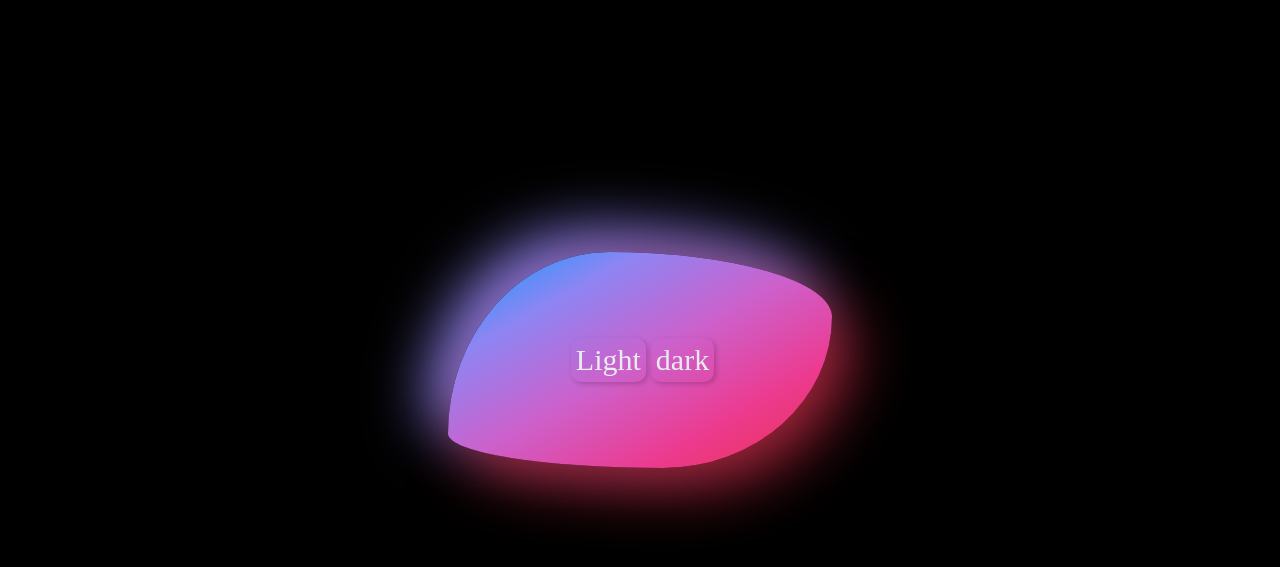
Repository: Yuukicoder/basicProject
Page: project1.html
The author's editor kept a copy of each file at every save. The page is drawn from the files as they stood at one save, then again after the next save.
The browser window is 1280 px wide. The pictures show the whole page.
After loading, the first visible `#dark` was clicked once.
Some web fonts or font styles are not loaded; a fallback is used.

Above is the page before, as saved 2023-02-24 22:49:26.

After the next save:
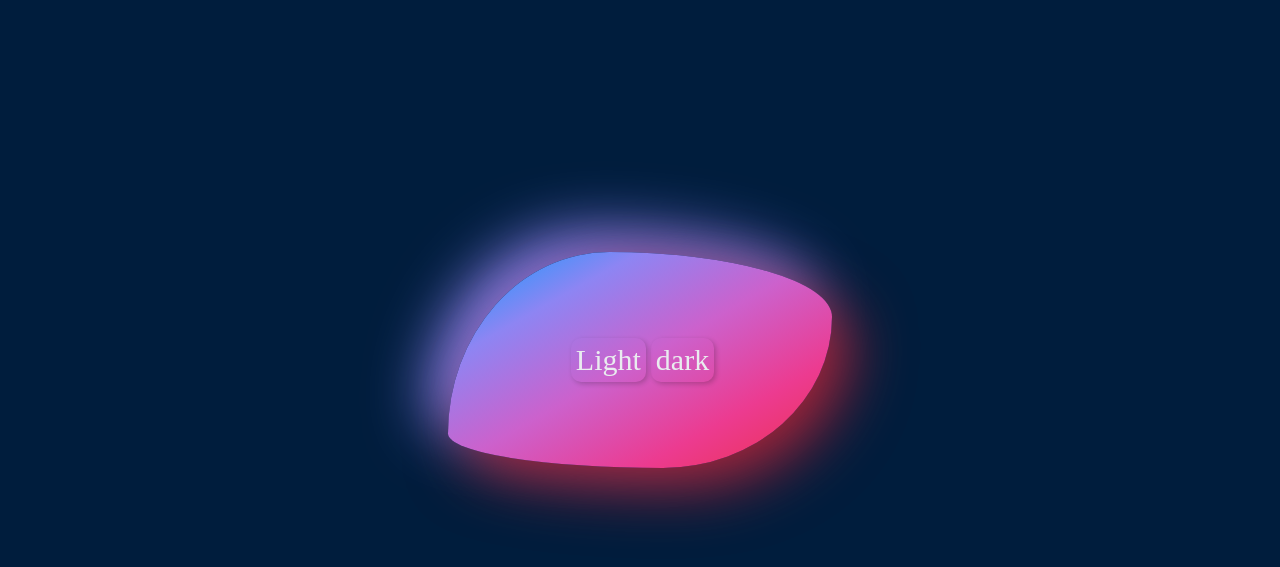
Saved 6 min 35 s later.
--- a/assets/js/project1.js
+++ b/assets/js/project1.js
@@ -2,7 +2,7 @@ var light = document.getElementById("light");
 var dark = document.getElementById("dark");
 var body = document.getElementById("body");
 dark.addEventListener("click", function () {
-    body.style.background = "black";
+    body.style.background = "#001d3d";
 
 })
 light.addEventListener("click", function () {
